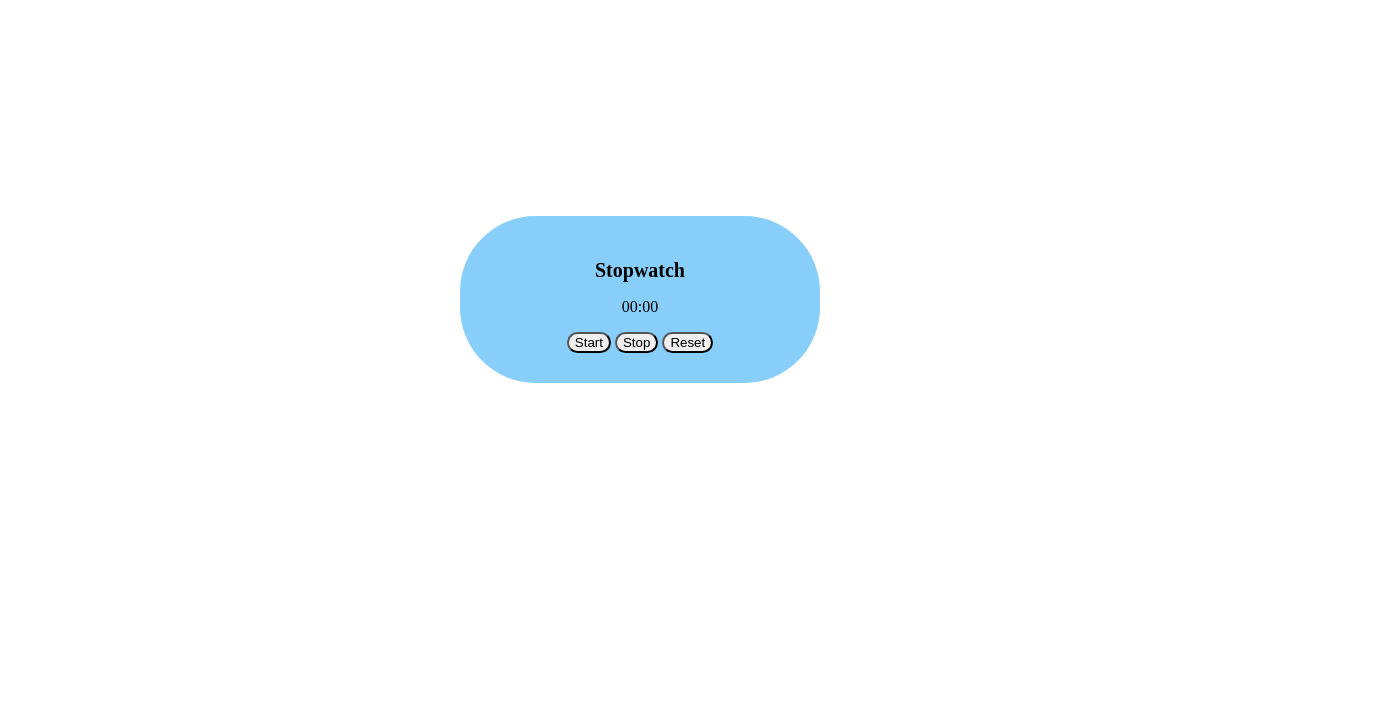
Repository: LeyaAbraham/web-dev
Page: clock.html
An editor plug-in stored every save of this project. The page is shown before and after the next save, followed by the edit.
The browser window is 1280 px wide. The page is 1280 px wide, then 1390 px, so the pictures cover 1390 px, including what lies to the right of the window. The pictures show the whole page.

Above is the page before, as saved 2021-01-05 23:13:30.

After the next save:
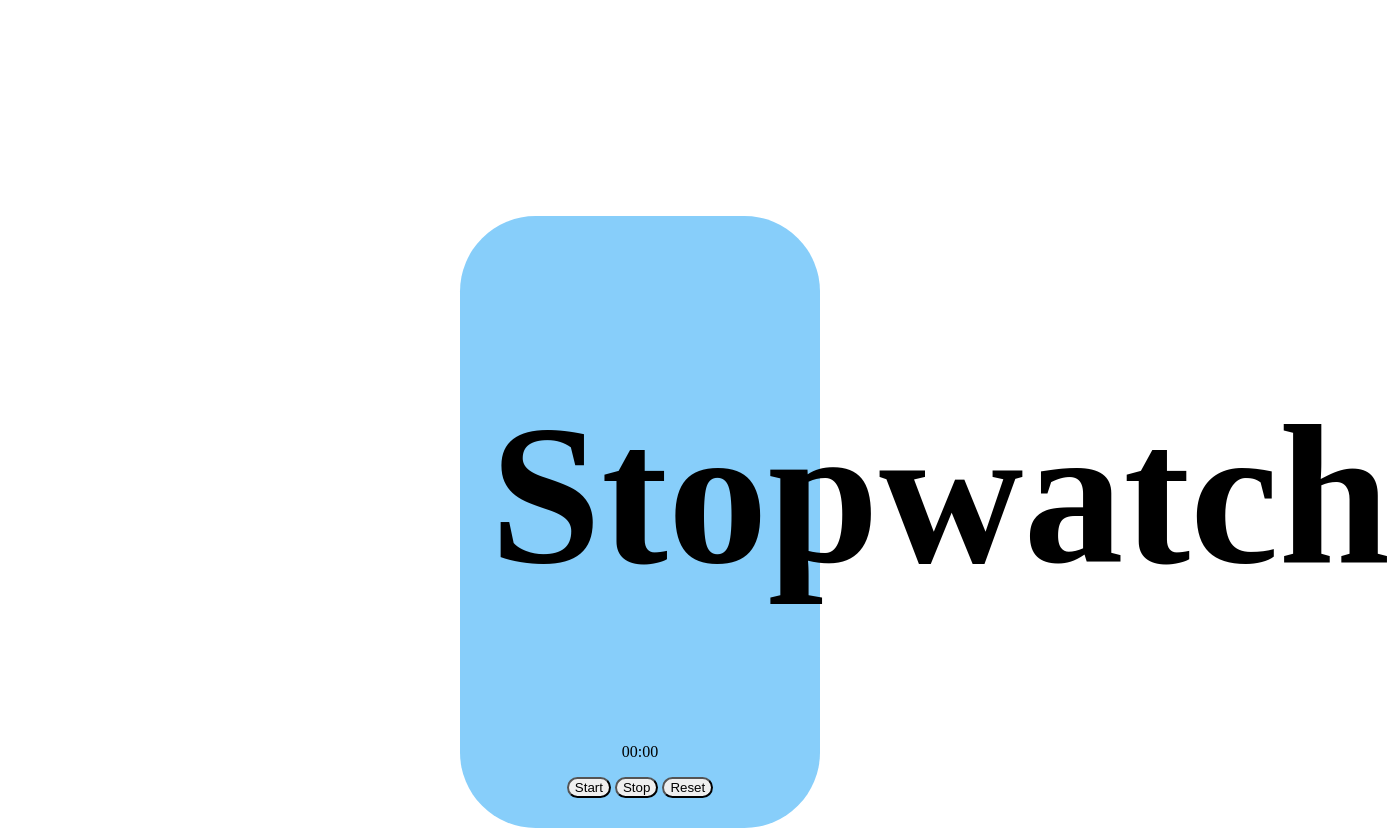
Saved 5 s later.
--- a/style.css
+++ b/style.css
@@ -21,5 +21,5 @@ button {
 }
 
 h1 {
-    font-size: 20px;
+    font-size: 200px;
 }
